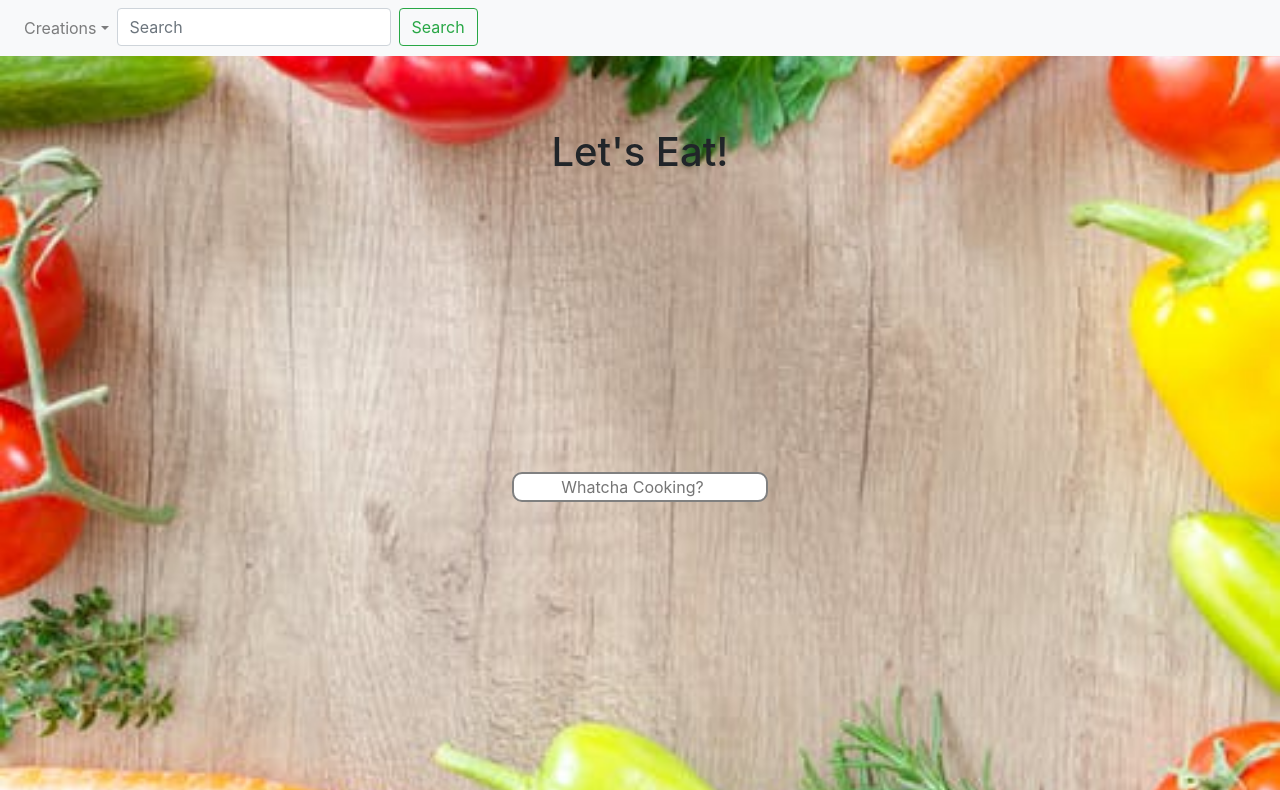
Repository: bandyp/cookBook
Page: index.html
The author's editor kept a record of every edit. The page is drawn from the files as they stood at one moment, then again after the next edit.
The browser window is 1280 px wide. The pictures show the whole page.

Above is the page before.

### index.html
<!doctype html>
<html lang="en">

<head>
    <!-- Required meta tags -->
    <meta charset="utf-8">
    <meta name="viewport" content="width=device-width, initial-scale=1, shrink-to-fit=no">

    <!-- Bootstrap CSS -->
    <link rel="stylesheet" href="https://stackpath.bootstrapcdn.com/bootstrap/4.3.1/css/bootstrap.min.css" integrity="sha384-ggOyR0iXCbMQv3Xipma34MD+dH/1fQ784/j6cY/iJTQUOhcWr7x9JvoRxT2MZw1T" crossorigin="anonymous">
    <link rel="stylesheet" href="static/css/style.css" type="text/css" />
    <title>CookBook</title>
</head>

<body>
    <nav class="navbar navbar-expand-md navbar-light bg-light">
        <button class="navbar-toggler" type="button" data-toggle="collapse" data-target="#navbarSupportedContent" aria-controls="navbarSupportedContent" aria-expanded="false" aria-label="Toggle navigation">
            <span class="navbar-toggler-icon"></span>
            </button>
        <div class="collapse navbar-collapse" id="navbarSupportedContent">
            <ul class="navbar-nav mr-auto">
                <li class="nav-item dropdown">
                    <a class="nav-link dropdown-toggle" href="#" id="navbarDropdown" role="button" data-toggle="dropdown" aria-haspopup="true" aria-expanded="false">Creations</a>
                    <div class="dropdown-menu" aria-labelledby="navbarDropdown">
                        <a class="dropdown-item" href="#">Breakfast</a>
                        <a class="dropdown-item" href="#">Lunch</a>
                        <a class="dropdown-item" href="#">Dinner</a>
                        <a class="dropdown-item" href="#">Starter</a>
                        <a class="dropdown-item" href="#">Dessert</a>
                        <a class="dropdown-item" href="#">Snacks</a>
                        <div class="dropdown-divider"></div>
                        <a class="dropdown-item" href="#">International Favourites</a>
                    </div>
                </li>
                <li>
                    <form class="form-inline my-2 my-lg-0">
                        <input class="form-control mr-sm-2" type="search" placeholder="Search" aria-label="Search">
                        <button class="btn btn-outline-success my-2 my-sm-0" type="submit">Search</button>
                    </form>
                </li>
            </ul>
        </div>
    </nav>
    <div class="container">
        <div class="row">
            <div class="col heading">
                <h1>Let's Eat!</h1>
            </div>
        </div>
    </div>
    <div class="box">
        <input type="search" id="search" placeholder="Whatcha Cooking?" />
    </div>
    <script src="https://code.jquery.com/jquery-3.3.1.slim.min.js" integrity="sha384-q8i/X+965DzO0rT7abK41JStQIAqVgRVzpbzo5smXKp4YfRvH+8abtTE1Pi6jizo" crossorigin="anonymous"></script>
    <script src="https://cdnjs.cloudflare.com/ajax/libs/popper.js/1.14.7/umd/popper.min.js" integrity="sha384-UO2eT0CpHqdSJQ6hJty5KVphtPhzWj9WO1clHTMGa3JDZwrnQq4sF86dIHNDz0W1" crossorigin="anonymous"></script>
    <script src="https://stackpath.bootstrapcdn.com/bootstrap/4.3.1/js/bootstrap.min.js" integrity="sha384-JjSmVgyd0p3pXB1rRibZUAYoIIy6OrQ6VrjIEaFf/nJGzIxFDsf4x0xIM+B07jRM" crossorigin="anonymous"></script>
</body>

</html>

### static/css/style.css
body {
    background-image: url("food_background.jpg");
    background-color: green;
    background-repeat: no-repeat;
    background-size: cover;
    height: 100vh;
}

.box {
    width: 100%;
    text-align: center;
}

#search {
    margin: 40vh auto;
    display: inline-block;
    border-radius: 10px;
    border-style: solid;
    border-color: grey;
    text-align: center;
}

.heading {
    text-align: center;
    margin-top: 10vh;
}

After the next edit:
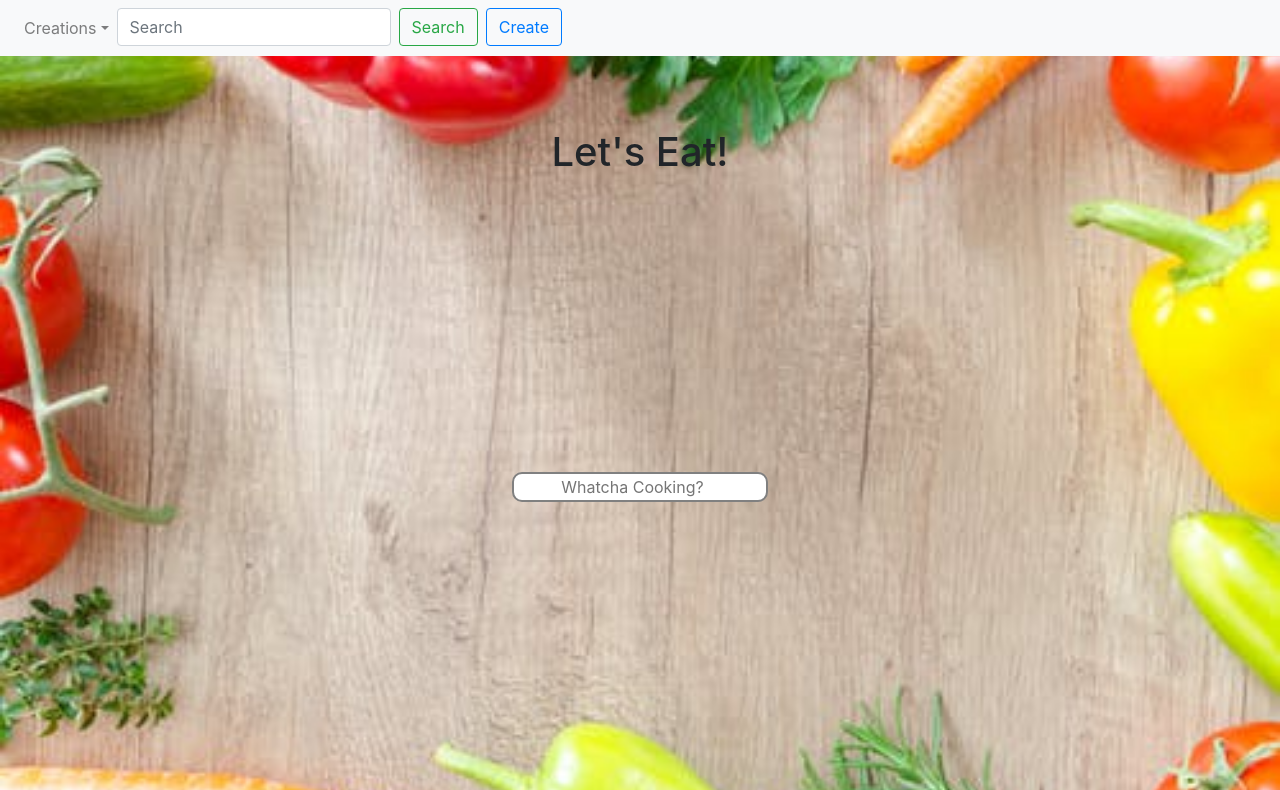
The edit:
--- a/index.html
+++ b/index.html
@@ -35,7 +35,8 @@
                 <li>
                     <form class="form-inline my-2 my-lg-0">
                         <input class="form-control mr-sm-2" type="search" placeholder="Search" aria-label="Search">
-                        <button class="btn btn-outline-success my-2 my-sm-0" type="submit">Search</button>
+                        <button class="btn btn-outline-success my-2 my-sm-0 mr-sm-2" type="submit">Search</button>
+                        <button class="btn btn-outline-primary my-2 my-sm-0" type="submit">Create</button>
                     </form>
                 </li>
             </ul>
